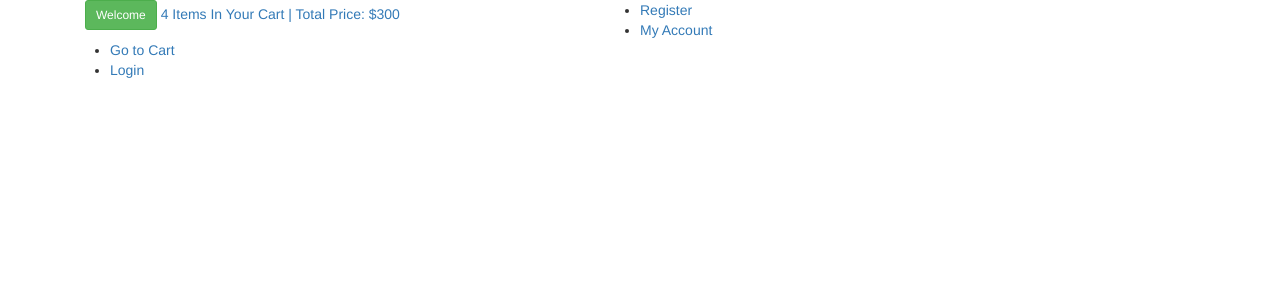
Repository: truonghuynhquy/M_Dev_Store
Page: http://localhost/
The author's editor kept a copy of each file at every save. The page is drawn from the files as they stood at one save, then again after the next save.
The browser window is 1280 px wide. The pictures show the whole page.
The page is run by PHP 8.4 with error messages shown; the project is at /var/www/html/.

Above is the page before, as saved 2022-09-18 20:14:23.

### index.php
<!DOCTYPE html>
<html lang="en">

<head>
    <meta charset="UTF-8">
    <meta http-equiv="X-UA-Compatible" content="IE=edge">
    <meta name="viewport" content="width=device-width, initial-scale=1.0">
    <title>M-Dev Shop</title>
    <link rel="stylesheet" href="styles/bootstrap-337.min.css">
    <link rel="stylesheet" href="styles/style.css">
    <link rel="stylesheet" href="font-awsome/css/font-awesome.min.css">
</head>

<body>
    <div id="top">
        <!--  Top:     Begin  -->

        <div class="container">
            <!--  Container:     Begin  -->
            <div class="col-md-6 offer">
                <!--  col-md-6 offer:     Begin  -->
                <a href="#" class="btn btn-success btn-sm">Welcome</a>
                <a href="checkout.php">4 Items In Your Cart | Total Price: $300</a>
            </div><!--  col-md-6:     Finish  -->

            <div class="col md-6">
                <!--  col-md-6:     Begin  -->

                <ul class="menu">
                    <!--  menu:     Begin  -->
                    <li>
                        <a href="customer_register.php">Register</a>
                    </li>
                    <li>
                        <a href="checkout.php">My Account</a>
                    </li>
                    <li>
                        <a href="cart.php">Go to Cart</a>
                    </li>
                    <li>
                        <a href="checkout.php">Login</a>
                    </li>

                </ul><!--  menu:     Finish  -->
            </div><!--  col-md-6:     Finish  -->

        </div><!--  Container:     Finish  -->

    </div><!--  Top:    Finish  -->



    <script src="js/jquery-331.min.js"></script>
    <script src="js/bootstrap-337.min.js"></script>


</body>

</html>

### styles/style.css
/* Generated Styles */

*body {
    font-size: 14px;
    line-height: 1.428571429;
    color: #333333;
    background-color: #f0f0f0;
    overflow: hidden;
}

Loaded but not shown: styles/bootstrap-337.min.css (library); font-awsome/css/font-awesome.min.css (library); js/jquery-331.min.js (library); js/bootstrap-337.min.js (library)

After the next save:
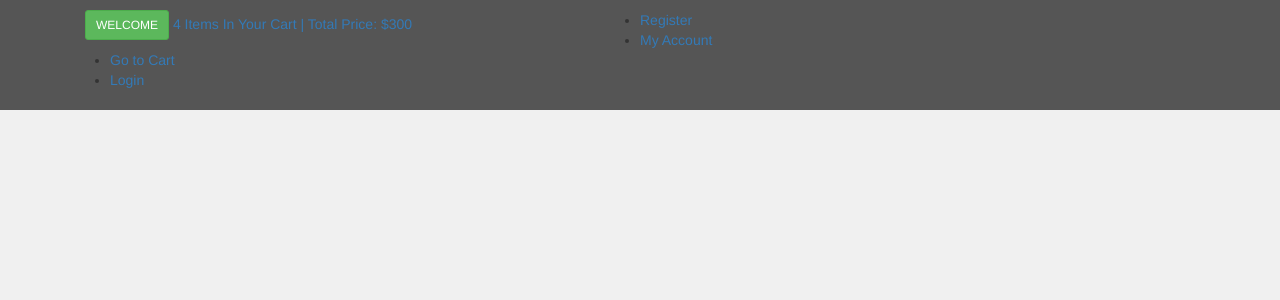
Saved 3 min 49 s later.
--- a/styles/style.css
+++ b/styles/style.css
@@ -1,9 +1,22 @@
 /* Generated Styles */
 
-*body {
+body {
     font-size: 14px;
     line-height: 1.428571429;
     color: #333333;
     background-color: #f0f0f0;
     overflow: hidden;
 }
+
+/* Top Styles */
+
+#top{
+    background-color: #555555;
+    padding: 10px 0;
+}
+#top .offer {
+    color: #ffffff
+}
+#top .offer .btn {
+    text-transform: uppercase;
+}
